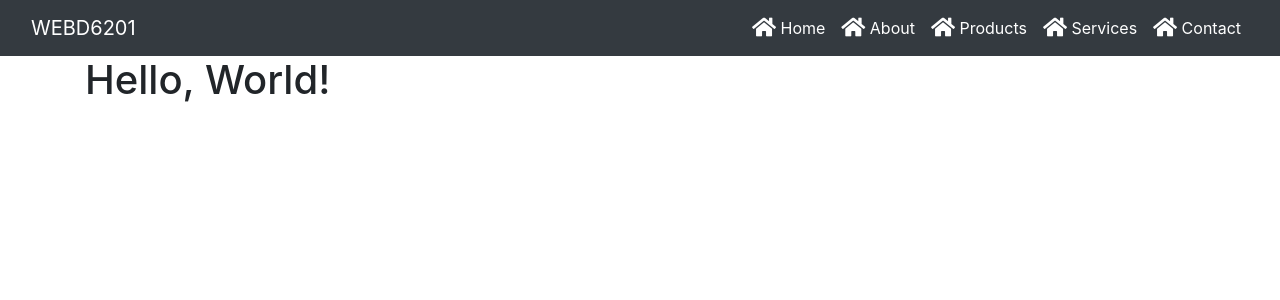
Repository: jaisydh07/WEBD6201-Week1
Page: index.html
These files come from the project's save history. The page is drawn as it stood at one moment and after the next save; the edit follows.
The browser window is 1280 px wide. The pictures show the whole page.

Above is the page before, as saved 2021-01-28 22:33:51.

### index.html
<!DOCTYPE html>
<html lang="en">
<head>
    <meta charset="UTF-8">
    <meta name="viewport" content="width=device-width, initial-scale=1.0">
    <title>Hello, World!</title>
    <!-- CSS Section -->
    <link rel="stylesheet" href="./node_modules/bootstrap/dist/css/bootstrap.min.css">
    <link rel="stylesheet" href="./node_modules/@fortawesome/fontawesome-free/css/all.min.css">
    <link rel="stylesheet" href="./Content/app.css">
</head>
<body>

    <nav class="navbar navbar-expand-lg navbar-dark bg-dark">
        <div class="container-fluid">
          <a class="navbar-brand" href="#">WEBD6201</a>
          <button class="navbar-toggler" type="button" data-bs-toggle="collapse" data-bs-target="#navbarSupportedContent" aria-controls="navbarSupportedContent" aria-expanded="false" aria-label="Toggle navigation">
            <span class="navbar-toggler-icon"></span>
          </button>
          <div class="collapse navbar-collapse" id="navbarSupportedContent">
            <ul class="navbar-nav ml-auto mb-2 mb-lg-0">

              <li class="nav-item">
                <a class="nav-link active" aria-current="page" href="#">
                    <i class="fas fa-home fa-lg"></i> Home</a>
              </li>

              <li class="nav-item">
                <a class="nav-link active" aria-current="page" href="#">
                    <i class="fas fa-home fa-lg"></i> About</a>
              </li>

              <li class="nav-item">
                <a class="nav-link active" aria-current="page" href="#">
                    <i class="fas fa-home fa-lg"></i> Products</a>
              </li>

              <li class="nav-item">
                <a class="nav-link active" aria-current="page" href="#">
                    <i class="fas fa-home fa-lg"></i> Services</a>
              </li>

              <li class="nav-item">
                <a class="nav-link active" aria-current="page" href="#">
                    <i class="fas fa-home fa-lg"></i> Contact</a>
              </li>

            </ul>
          </div>
        </div>
      </nav>

    <div class="container">
        <h1>Hello, World!</h1>
    </div>

    <!-- JavaScript Section -->
    <script src="./node_modules/jquery/dist/jquery.min.js"></script>
    <script src="./node_modules/bootstrap/dist/js/bootstrap.bundle.min.js"></script>

    <script src="./Scripts/app.js"></script>
</body>
</html>

### Content/app.css
/* Custom CSS goes here */

### Scripts/app.js
/* Custom Scripts go here */

//IIFE - Immediately Invoked Function Expression
//AKA: Anonymous Self-Executing Function

(function()
{
    // initialization function
    function Start()
    {
        console.log("App Started...");

    }

    // event listener
    window.addEventListener("load",Start);

})();

Loaded but not shown: node_modules/bootstrap/dist/css/bootstrap.min.css (library); node_modules/@fortawesome/fontawesome-free/css/all.min.css (library); node_modules/jquery/dist/jquery.min.js (library); node_modules/bootstrap/dist/js/bootstrap.bundle.min.js (library)

After the next save:
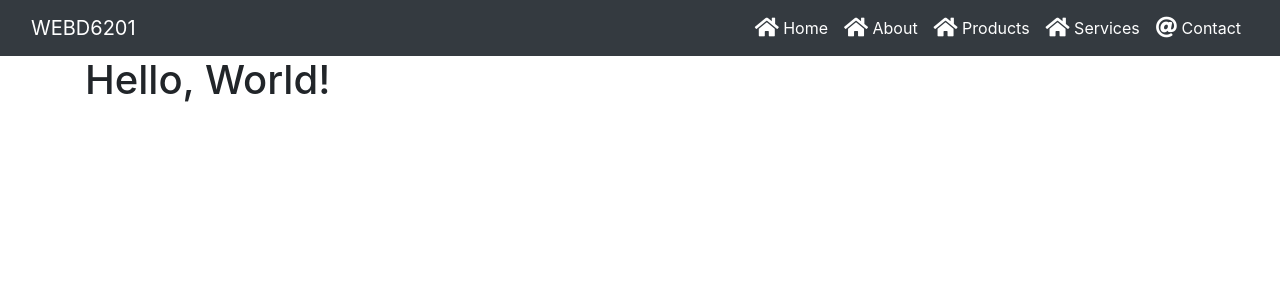
Saved 63 s later.
--- a/index.html
+++ b/index.html
@@ -42,7 +42,7 @@
 
               <li class="nav-item">
                 <a class="nav-link active" aria-current="page" href="#">
-                    <i class="fas fa-home fa-lg"></i> Contact</a>
+                    <i class="fas fa-at fa-lg"></i> Contact</a>
               </li>
 
             </ul>
